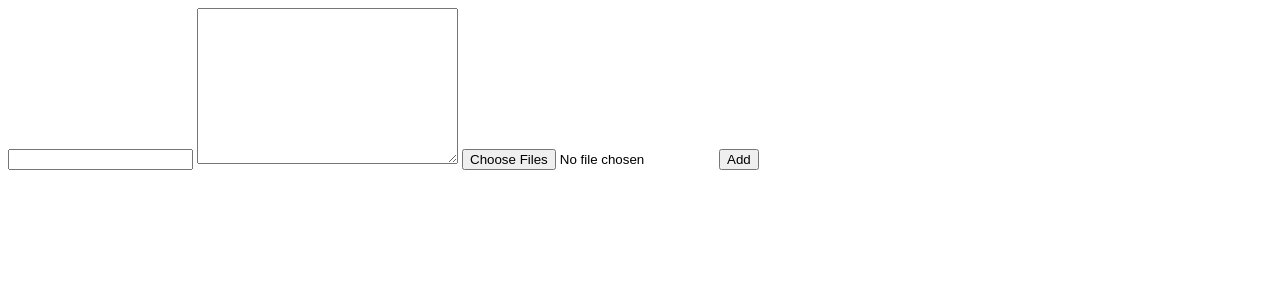
Repository: wasimalbokae2000/blogs
Page: http://localhost/posts/create
The author's editor kept a copy of each file at every save. The page is drawn from the files as they stood at one save, then again after the next save.
The browser window is 1280 px wide. The pictures show the whole page.
The page is served by the project's Laravel application, run on PHP 8.4 with Laravel 12.

Above is the page before, as saved 2024-11-27 23:03:32.

After the next save:
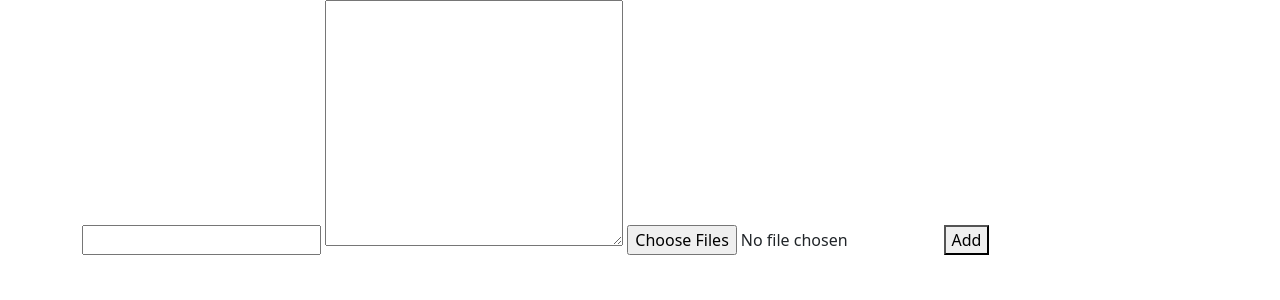
Saved 18 s later.
--- a/resources/views/posts/create.blade.php
+++ b/resources/views/posts/create.blade.php
@@ -1,3 +1,5 @@
+<link href="https://cdn.jsdelivr.net/npm/bootstrap@5.3.3/dist/css/bootstrap.min.css" rel="stylesheet" integrity="sha384-QWTKZyjpPEjISv5WaRU9OFeRpok6YctnYmDr5pNlyT2bRjXh0JMhjY6hW+ALEwIH" crossorigin="anonymous">
+
 <div class="container">
     <form action="{{ route("posts.store") }}" enctype="multipart/form-data" method="POST">
         @method("POST")
@@ -8,3 +10,5 @@
         <button type="submit">Add</button>
     </form>
 </div>
+
+<script src="https://cdn.jsdelivr.net/npm/bootstrap@5.3.3/dist/js/bootstrap.bundle.min.js" integrity="sha384-YvpcrYf0tY3lHB60NNkmXc5s9fDVZLESaAA55NDzOxhy9GkcIdslK1eN7N6jIeHz" crossorigin="anonymous"></script>
